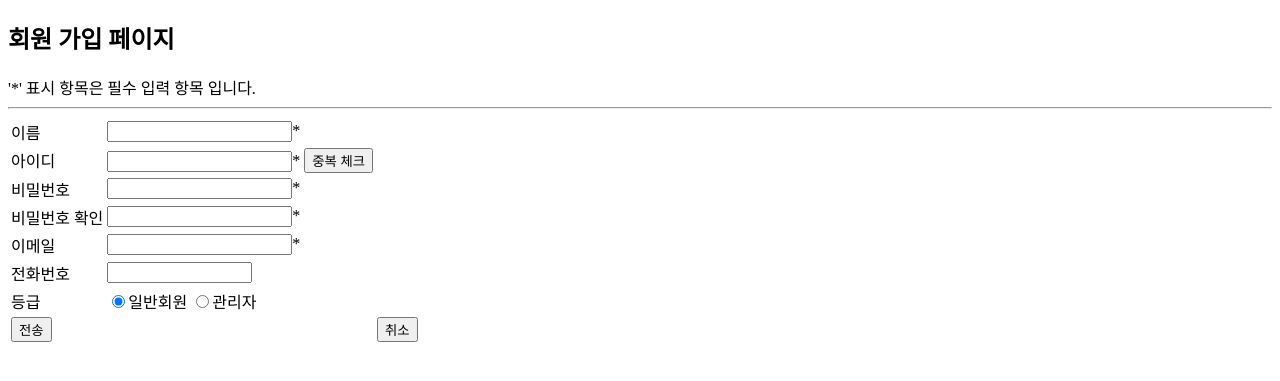
Repository: totesbk/JSP-
Page: http://localhost/web09/join.do
The author's editor kept a copy of each file at every save. The page is drawn from the files as they stood at one save, then again after the next save.
The browser window is 1280 px wide. The pictures show the whole page.
The page is served by Tomcat 9. Other server files are loaded and not shown.

Above is the page before, as saved 2020-10-14 01:50:17.
Console error: SyntaxError: Invalid or unexpected token

### web09/WebContent/member/join.jsp
<%@ page language="java" contentType="text/html; charset=UTF-8"
    pageEncoding="UTF-8"%>
<!DOCTYPE html>
<html>
<head>
<meta charset="UTF-8">
<title>Insert title here</title>
<script type="text/javascript" src="script/member.js"></script>
</head>
<body>
<h2>회원 가입 페이지</h2>
'*' 표시 항목은 필수 입력 항목 입니다.
<hr>
   <form action="join.do" method="post" name="frm">
   		 <table>
   		<tr>
   			<td>이름</td>
   			<td><input type="text" name="name" size="20">*</td>
   		</tr>
   		<tr>
   			<td>아이디</td>
   			<td>
   			<input type="text" name="userid" size="20">*
   			<input type="hidden" name="reid" size="20">
   			<input type="button" value="중복 체크" onclick="idCheck()">
   			</td>
   		</tr>
   		<tr>
   			<td>비밀번호</td>
   			<td><input type="password" name="userpwd" size="20">*</td>
   		</tr>
   		<tr>
   			<td>비밀번호 확인</td>
   			<td><input type="password" name="pwd_check" size="20">*</td>
   		</tr>
   		<tr>
   			<td>이메일</td>
   			<td><input type="text" name="email" size="20">*</td>
   		</tr>

   		<tr>
   			<td>전화번호</td>
   			<td><input type="text" name="phone" size="15"></td>
   		</tr>

   		<tr>
   			<td>등급</td>
   			<td>
   			<input type="radio" name="admin" value="0" checked="checked">일반회원
   			<input type="radio" name="admin" value="1">관리자
   			</td>
   		</tr>

   		<tr>
   			<td colspan="2">
   			<input type="submit" value="전송" onclick="return joinCheck()">
   			<td><input type="reset" value="취소"></td>
   			</td>
   		</tr>
   		<tr>
   			<td colspan="2">${message}</td>
   		</tr>

   </table>
    </form>

</body>
</html>

### web09/src/com/green/controller/joinServlet.java
package com.green.controller;

import java.io.IOException;

import javax.servlet.RequestDispatcher;
import javax.servlet.ServletException;
import javax.servlet.annotation.WebServlet;
import javax.servlet.http.HttpServlet;
import javax.servlet.http.HttpServletRequest;
import javax.servlet.http.HttpServletResponse;

/**
 * Servlet implementation class joinServlet
 */
@WebServlet("/join.do")
public class joinServlet extends HttpServlet {
	private static final long serialVersionUID = 1L;

    /**
     * @see HttpServlet#HttpServlet()
     */
    public joinServlet() {
        super();
        // TODO Auto-generated constructor stub
    }

	/**
	 * @see HttpServlet#doGet(HttpServletRequest request, HttpServletResponse response)
	 */
	protected void doGet(HttpServletRequest request, HttpServletResponse response) throws ServletException, IOException {
		RequestDispatcher dispatcher = request.getRequestDispatcher("member/join.jsp");
	      dispatcher.forward(request, response);

	}

	/**
	 * @see HttpServlet#doPost(HttpServletRequest request, HttpServletResponse response)
	 */
	protected void doPost(HttpServletRequest request, HttpServletResponse response) throws ServletException, IOException {
		// TODO Auto-generated method stub
		doGet(request, response);
	}

}

### web09/WebContent/script/member.js
/**
 *
 */

function loginCheck(){
	if(document.frm.userid.value.length == 0){
		alert('아이디를 입력 해주세요.');
		frm.userid.focus();
		return false;
	}
	if(document.frm.userpwd.value.length == ""){
		alert('비밀번호는 반드시 입력해야 합니다.');
		frm.userpwd.focus();
		return false;
	}
	return true;
}
	function idCheck(){
		if(document.frm.userid.value.length == 0){
		alert('아이디를 입력 해주세요.');
		frm.userid.focus();
		return;
	}
	var url = "idCheck.do?userid="+document.frm.userid.value;
	window.open(url,"_blank_1","toolbar=no,menubar=no,scrollbars=yes,resizable=no,
	width=450,height=200");
}
function idok(userid){
	opener.frm.userid.value = document.frm.userid.value;
	opener.frm.reid.value = document.frm.userid.value;
	self.close();
}

After the next save:
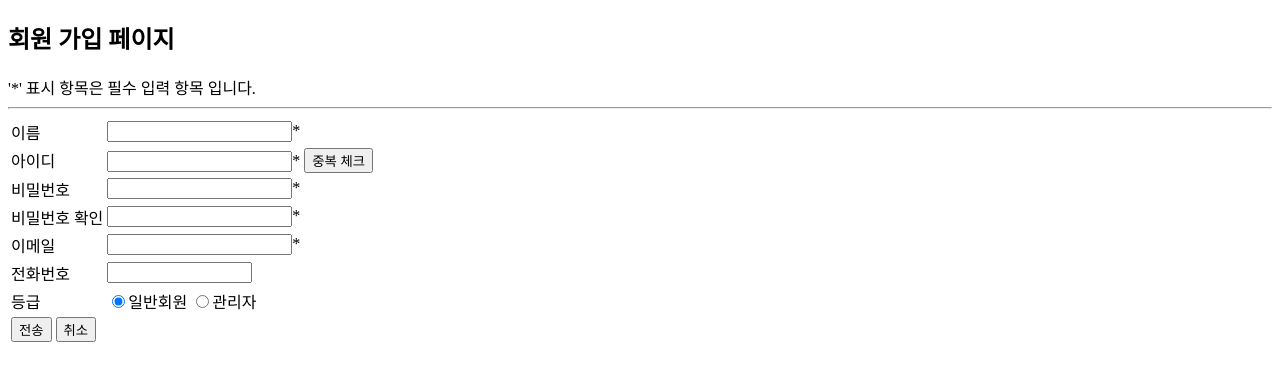
Saved 37 s later.
--- a/web09/WebContent/member/join.jsp
+++ b/web09/WebContent/member/join.jsp
@@ -54,7 +54,7 @@
    		<tr>
    			<td colspan="2">
    			<input type="submit" value="전송" onclick="return joinCheck()">
-   			<td><input type="reset" value="취소"></td>
+   			<input type="reset" value="취소">
    			</td>
    		</tr>
    		<tr>
